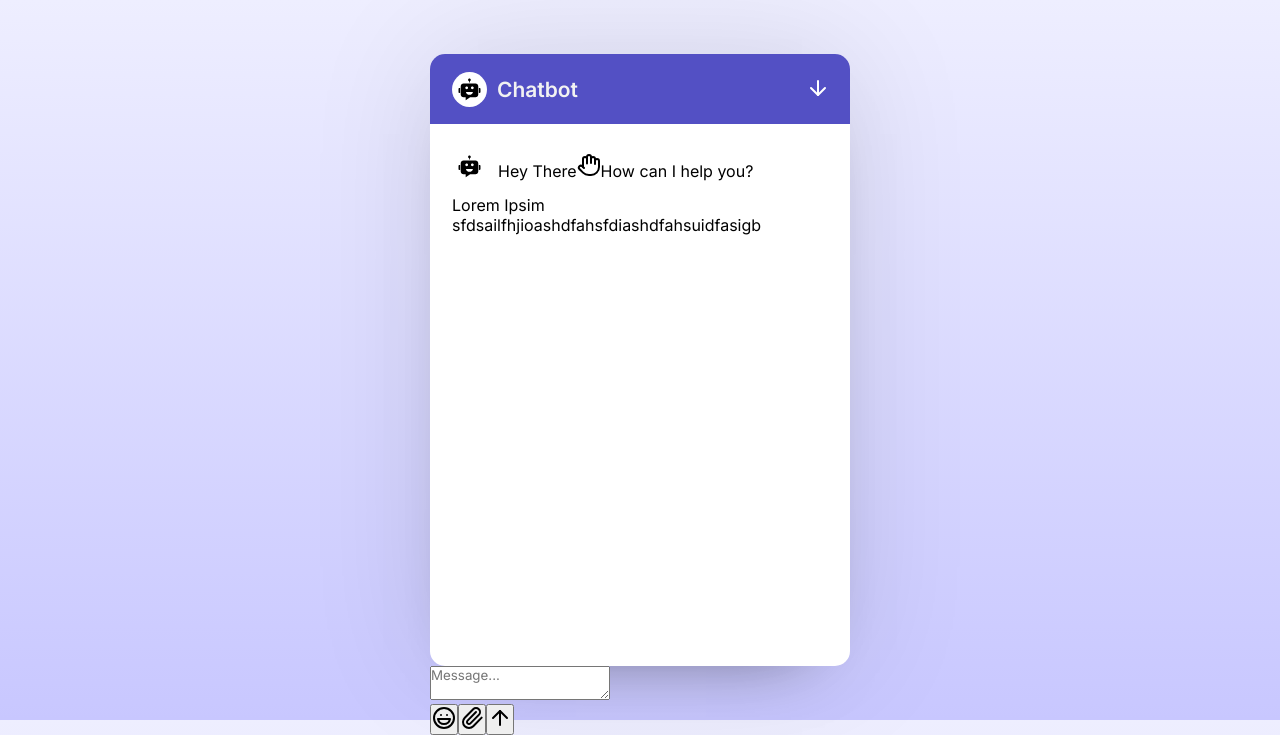
Repository: guilhermecardoso93/ai-bot
Page: /
These files come from the project's save history. The page is drawn as it stood at one moment and after the next save; the edit follows.
The browser window is 1280 px wide. The pictures show the whole page.
The project was rebuilt for these pictures with package versions that can differ from the ones it lists, and the page was loaded fresh each time. Also part of the build but not shown: vite.config.js.

Above is the page before, as saved 2024-11-11 20:50:08.

### index.html
<!doctype html>
<html lang="en">

<head>
    <meta charset="UTF-8" />
    <link rel="icon" type="image/svg+xml" href="/vite.svg" />
    <link rel="preconnect" href="https://fonts.googleapis.com">
    <link rel="preconnect" href="https://fonts.gstatic.com" crossorigin>
    <link href="https://fonts.googleapis.com/css2?family=Inter:ital,opsz,wght@0,14..32,100..900;1,14..32,100..900&family=Outfit:wght@100..900&display=swap" rel="stylesheet">
    <meta name="viewport" content="width=device-width, initial-scale=1.0" />
    <title>Ai ChatBot</title>
</head>

<body>
    <div id="root"></div>
    <script type="module" src="/src/main.jsx"></script>
</body>

</html>

### src/index.css
:root {
  font-synthesis: none;
  text-rendering: optimizeLegibility;
  -webkit-font-smoothing: antialiased;
  -moz-osx-font-smoothing: grayscale;
}

* {
  padding: 0;
  margin: 0;
  box-sizing: border-box;
  font-family: "Inter", serif;
  font-optical-sizing: auto;
  font-style: normal;
}

body {
  display: flex;
  align-items: center;
  justify-content: center;
  min-height: 100vh;
  background: linear-gradient(#eeeeff, #c8c7ff);
}

.chatbot-popup {
  width: 420px;
  background: #ffff;
  overflow: hidden;
  border-radius: 15px;
  box-shadow: 0 0 128px rgba(0, 0, 0, 0.1), 0 32px 64px -48px rgba(0, 0, 0, 0.5);
}

.chat-header {
  display: flex;
  align-items: center;
  background-color: #5350c4;
  padding: 15px 22px;
  justify-content: space-between;
}

.chat-header .header-info {
  display: flex;
  align-items: center;
  gap: 10px;
}

.header-info .logo {
  width: 35px;
  width: 35px;
  background: #fff;
  border-radius: 50%;
  flex-shrink: 0;
  padding: 4px;
}

.header-info .logo-text {
  color: #f2f2f2;
  font-weight: 600;
  font-size: 1.31rem;
}

.chat-header #close-chatbot {
  border: none;
  color: #fff;
  height: 40px;
  width: 40px;
  border-radius: 50%;
  font-size: 1.9rem;
  cursor: pointer;
  margin-right: -10px;
  background: none;
  transition: 0.2s ease;
}

.chat-header #close-chatbot:hover {
  background-color: #3d39ac;
}

.chat-body {
  padding: 25px 22px;
  display: flex;
  gap: 20px;
  height: 460px;
  margin-bottom: 82px;
  flex-direction: column;
  overflow-y: auto;
}


.chat-body .message {
  display: flex;
  flex-direction: column;
  gap: 11px;
  align-items: start;
}

.chat-body .message-text-box {
  display: flex;
  gap: 11px;
  align-items: center;
  flex-direction: row;
  justify-content:space-between;

}

.chat-body .bot-avatar {
  width: 35px;
  width: 35px;
  background: #fff;
  border-radius: 50%;
  flex-shrink: 0;
  padding: 4px;
}

.chat-footer {
  position: absolute;
}

### src/App.jsx
import { Main } from "./components/Main";

export function App() {
  return (
    <>
      <Main />
    </>
  );
}

### src/components/Main.jsx
import { Hand, ArrowDown, Laugh, Paperclip, ArrowUp } from "lucide-react";
import Logo from "../assets/logo.svg";

export function Main() {
  return (
    <div className="chatbot-popup">
      {/* Header */}
      <div className="chat-header">
        <div className="header-info">
          <img src={Logo} alt="" className="logo" />
          <h2 className="logo-text">Chatbot</h2>
        </div>
        <button className="material-symbols-rounded" id="close-chatbot">
          <ArrowDown />
        </button>
      </div>

      {/* Body */}
      <div className="chat-body">
        <div className="message bot-message">
          <div className="message-text-box">
            <img src={Logo} alt="" className="bot-avatar" />
            <p className="message-text">
              Hey There
              <Hand />
              How can I help you?
            </p>
          </div>
          <div className="message-user">
            <p className="message-text">
              Lorem Ipsim sfdsailfhjioashdfahsfdiashdfahsuidfasigb
            </p>
          </div>
        </div>
      </div>

      {/* Footer */}
      <div className="chat-footer">
        <form action="" className="chat-form">
          <textarea
            placeholder="Message..."
            className="message-input"
          ></textarea>
          <div className="chat-controls">
            <button type="button" className="material-symbols-rounded">
              <Laugh />
            </button>
            <button type="button" className="material-symbols-rounded">
              <Paperclip />
            </button>
            <button type="button" className="material-symbols-rounded">
              <ArrowUp />
            </button>
          </div>
        </form>
      </div>
    </div>
  );
}

Loaded but not shown: src/main.jsx (common file)

After the next save:
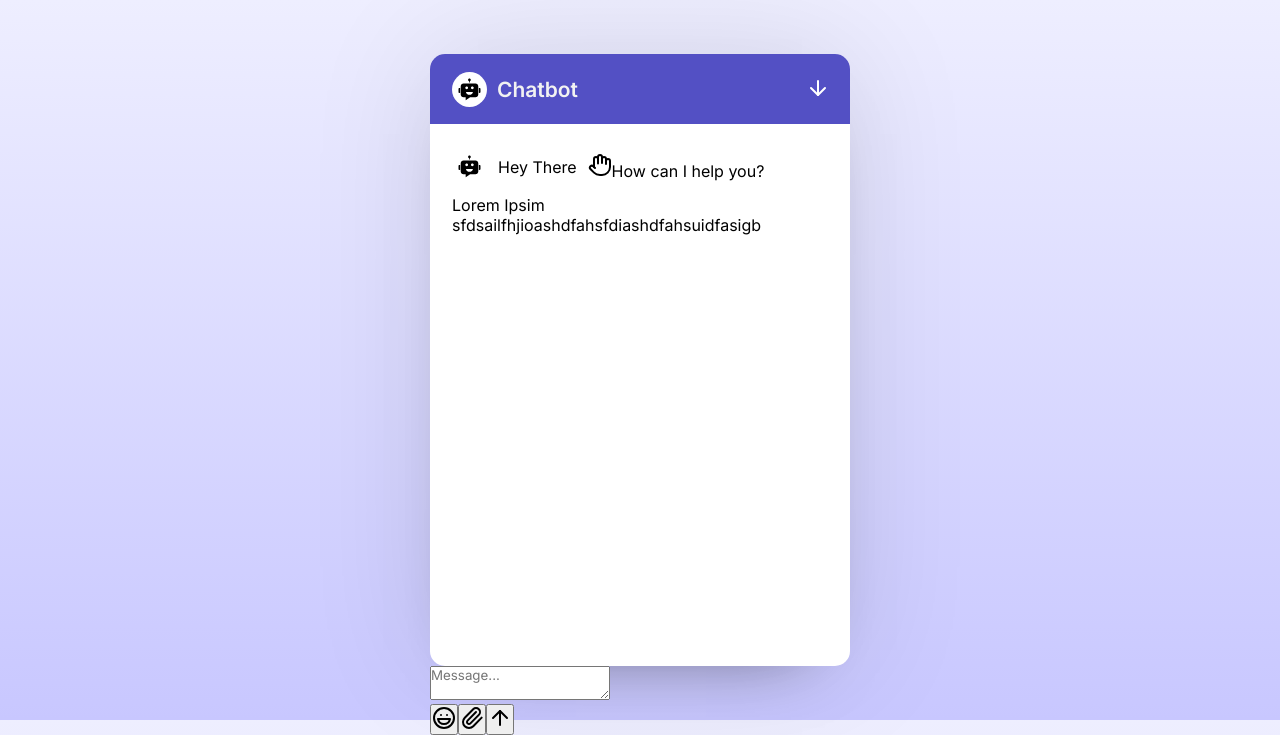
Saved 21 s later.
--- a/src/components/Main.jsx
+++ b/src/components/Main.jsx
@@ -22,6 +22,7 @@ export function Main() {
             <img src={Logo} alt="" className="bot-avatar" />
             <p className="message-text">
               Hey There
+              </p><p>
               <Hand />
               How can I help you?
             </p>
